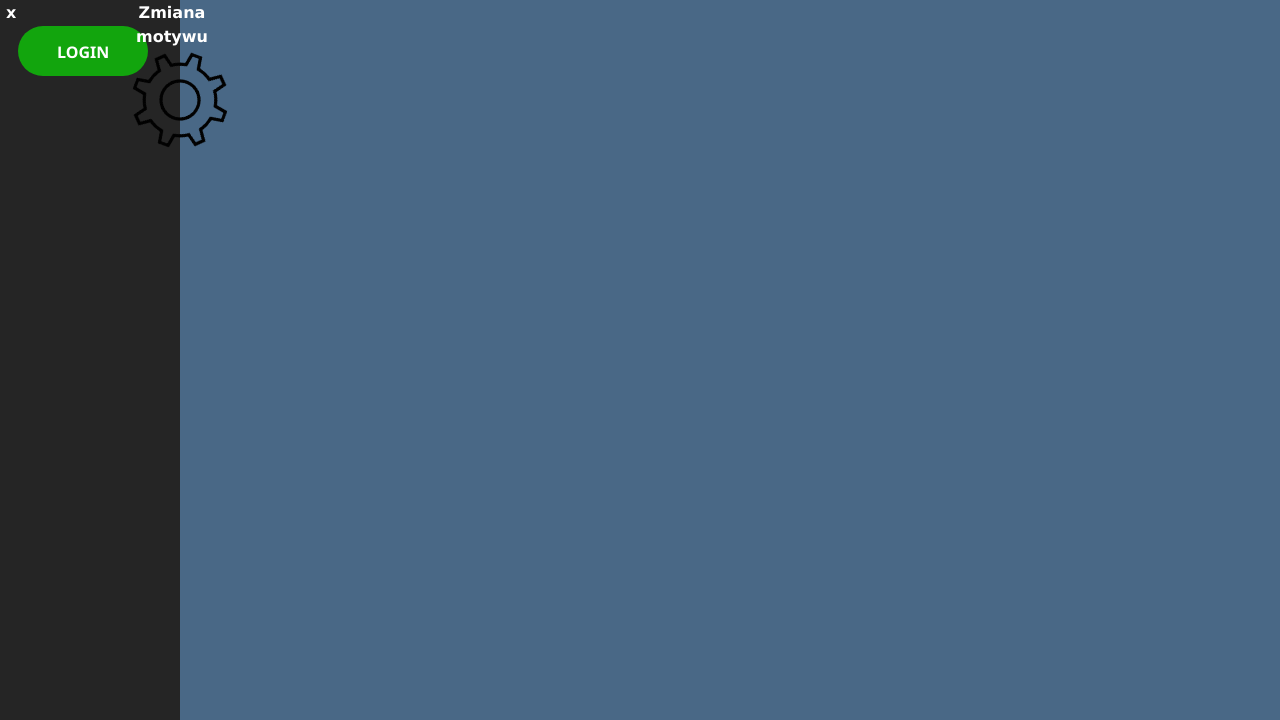
Repository: K4ziWolf/kazi
Page: /, after clicking the first element matching `button.xd-btn`
The author's editor kept a copy of each file at every save. The page is drawn from the files as they stood at one save, then again after the next save.
The browser window is 1280 px wide. The pictures show the whole page.
The project was rebuilt for these pictures with package versions that can differ from the ones it lists, and the page was loaded fresh each time. Also part of the build but not shown: vue.config.js, src/components/login_screen.vue, src/components/option_screen.vue.

Above is the page before, as saved 2023-10-20 19:49:44.

After the next save:
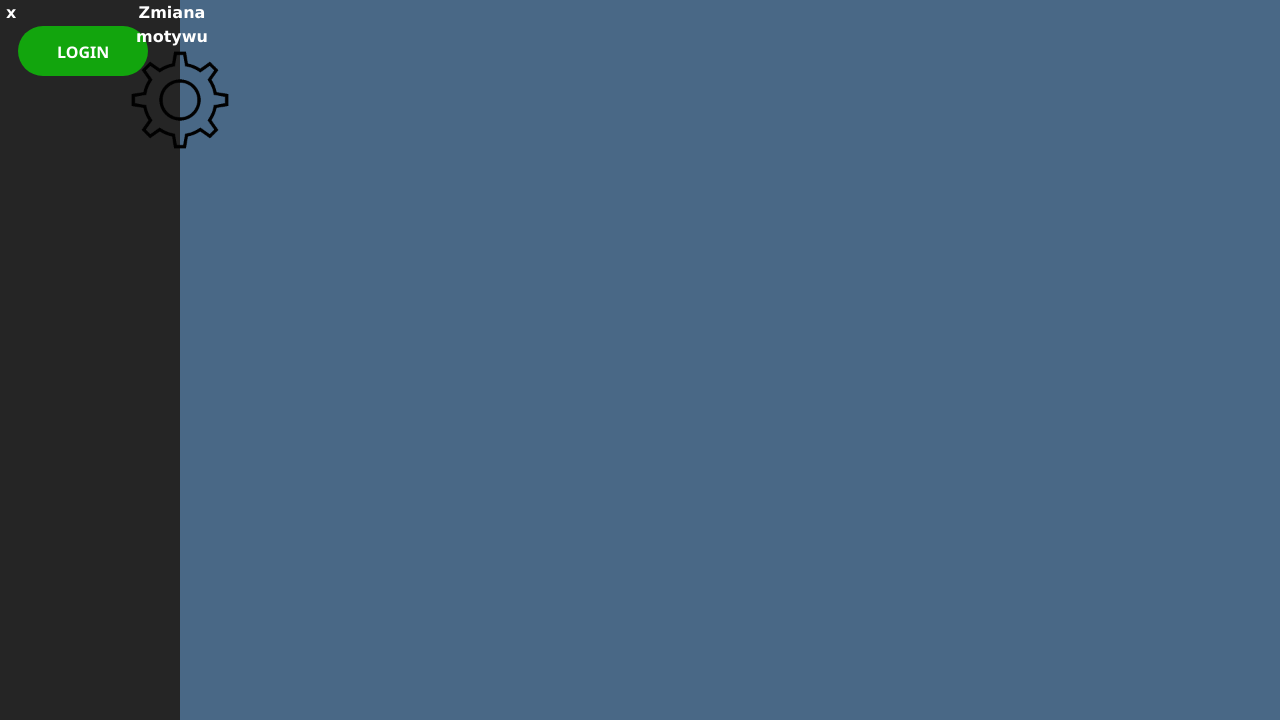
Saved 19 s later.
--- a/src/components/menu_screen.vue
+++ b/src/components/menu_screen.vue
@@ -156,10 +156,10 @@
     cursor: pointer;
   }
   .unanimated{
-  animation: back_spin 6s ease;
+  animation: back_spin 0.5s ease;
 }
   .animated{
-    animation: spin 0.5s linear infinite;
+    animation: spin 6s linear infinite;
   }
   @keyframes spin {
   from {
